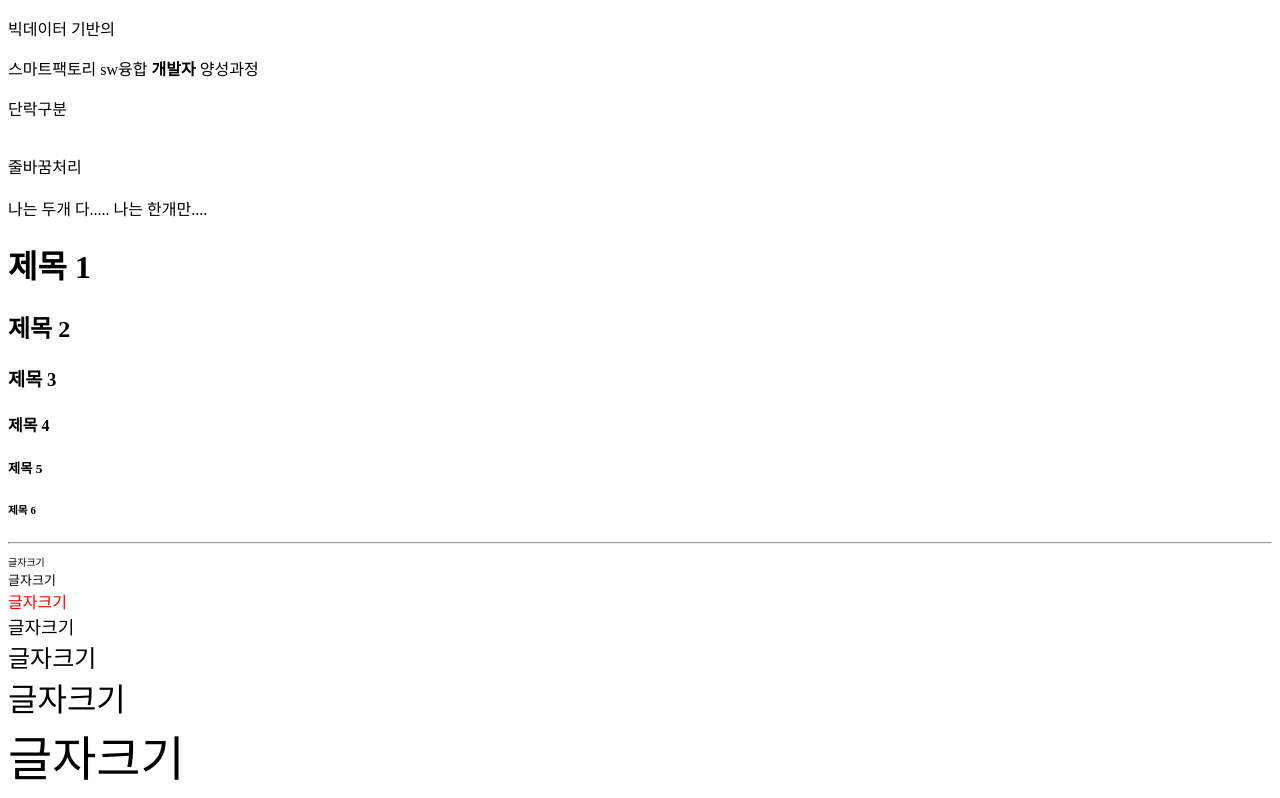
Repository: nijooymik/smartfactory
Page: jsp/t0718/src/main/webapp/html/test02.html
The author's editor kept a copy of each file at every save. The page is drawn from the files as they stood at one save, then again after the next save.
The browser window is 1280 px wide. The pictures show the whole page.

Above is the page before, as saved 2022-07-18 02:07:35.

After the next save:
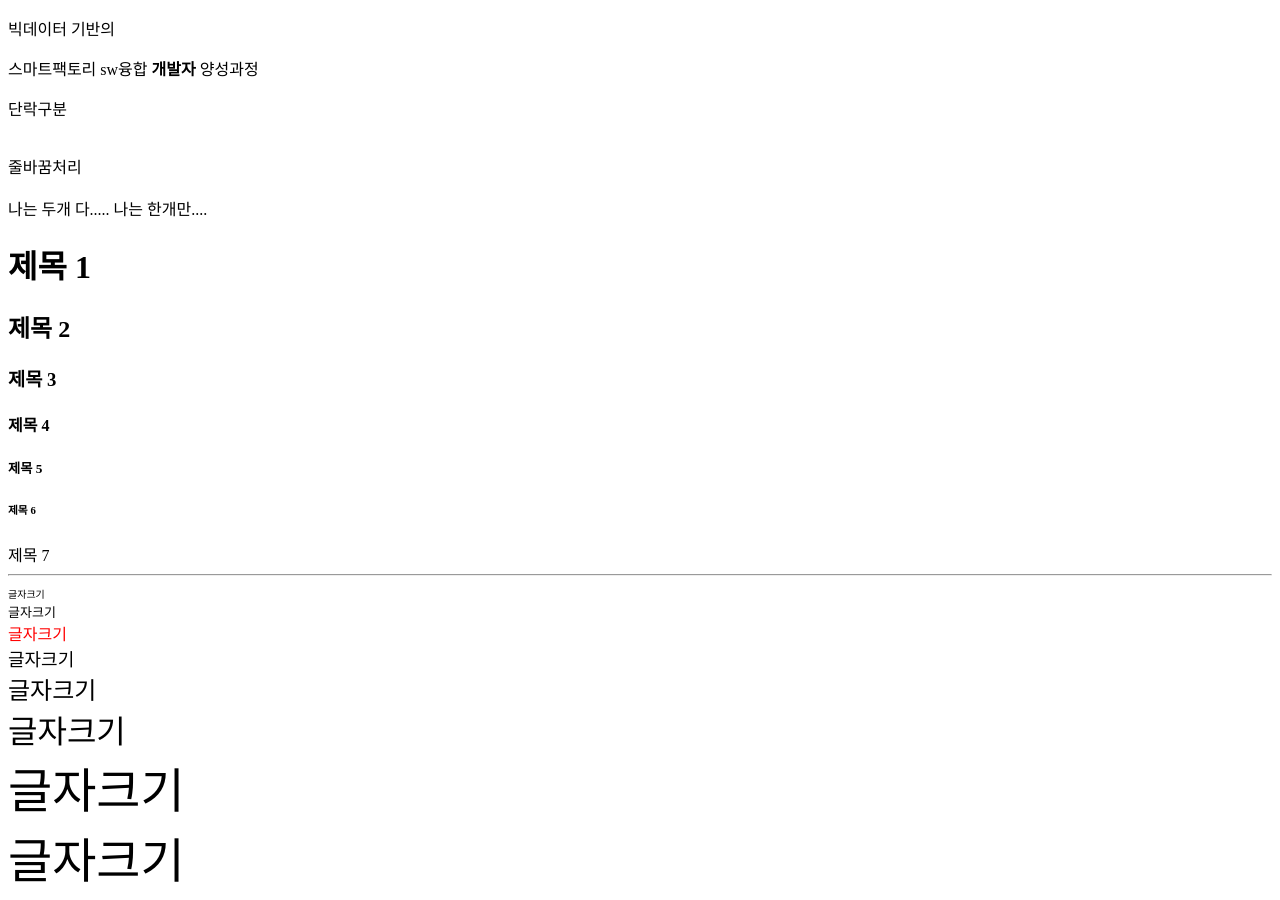
Saved 50 s later.
--- a/jsp/t0718/src/main/webapp/html/test02.html
+++ b/jsp/t0718/src/main/webapp/html/test02.html
@@ -21,6 +21,7 @@
 	<h4>제목 4</h4>
 	<h5>제목 5</h5>
 	<h6>제목 6</h6>
+	<h7>제목 7</h6>
 	<hr>
 	<font size=1>글자크기</font><br>
 	<font size=2>글자크기</font><br>
@@ -28,7 +29,7 @@
 	<font size=4>글자크기</font><br>
 	<font size=5>글자크기</font><br>
 	<font size=6>글자크기</font><br>
+	<font size=7>글자크기</font><br>
 	<font size=17>글자크기</font><br>
-
 </body>
 </html>

After the 2 saves that followed:
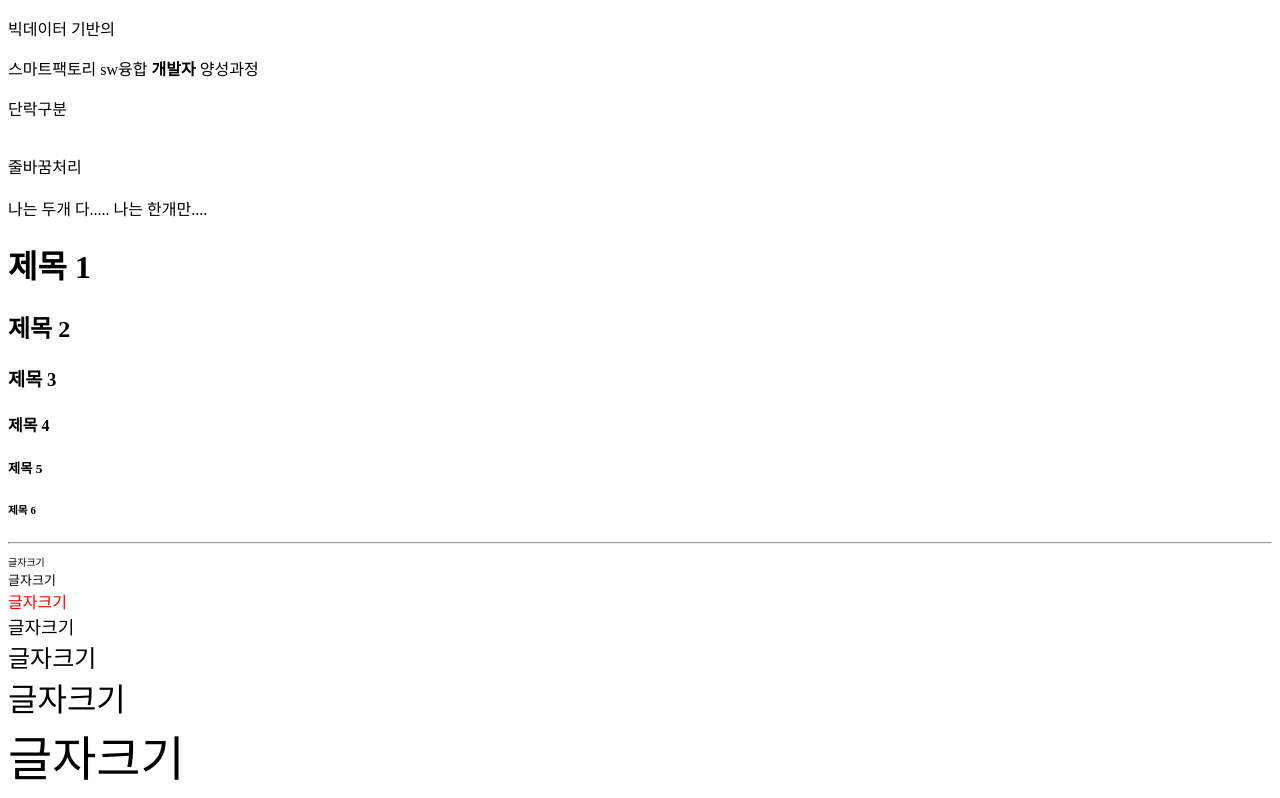
The 2 saves are shown as one change because 1 left the picture as it was.
The last was saved 24 s later.
--- a/jsp/t0718/src/main/webapp/html/test02.html
+++ b/jsp/t0718/src/main/webapp/html/test02.html
@@ -21,7 +21,6 @@
 	<h4>제목 4</h4>
 	<h5>제목 5</h5>
 	<h6>제목 6</h6>
-	<h7>제목 7</h6>
 	<hr>
 	<font size=1>글자크기</font><br>
 	<font size=2>글자크기</font><br>
@@ -30,6 +29,5 @@
 	<font size=5>글자크기</font><br>
 	<font size=6>글자크기</font><br>
 	<font size=7>글자크기</font><br>
-	<font size=17>글자크기</font><br>
 </body>
 </html>
